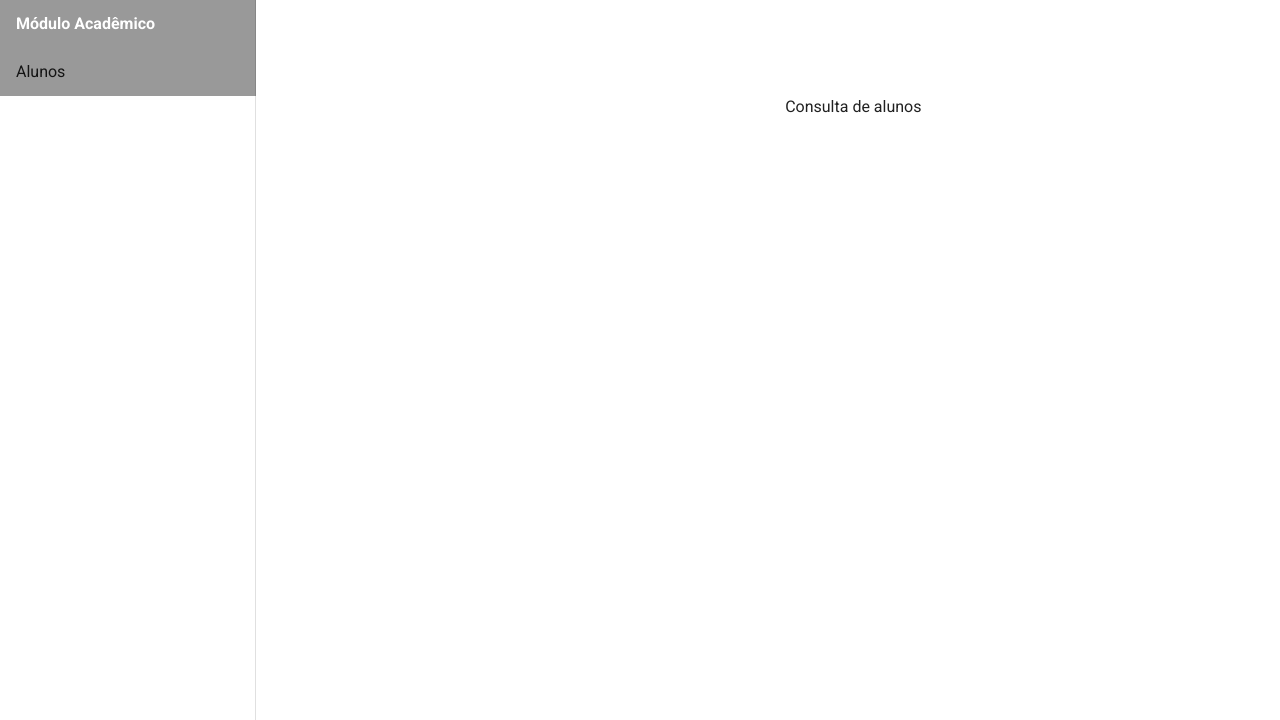
Repository: sergiohidekiono/vue-student
Page: /
These files come from the project's save history. The page is drawn as it stood at one moment and after the next save; the edit follows.
The browser window is 1280 px wide. The pictures show the whole page.
The project was rebuilt for these pictures with package versions that can differ from the ones it lists, and the page was loaded fresh each time. Also part of the build but not shown: vue.config.js.

Above is the page before, as saved 2024-08-07 09:45:52.

### src/App.vue
<template>
  <v-app>
    <v-main class="wrapper">
      <StudentList class="wrapper" />
    </v-main>
  </v-app>
</template>

<script>
import StudentList from './components/student-list';

export default {
  name: 'App',

  components: {
    StudentList,
  },

  data: () => ({
    //
  }),
};
</script>

<style>
.wrapper {
  width: 100vw;
  height: 100vh;
  margin: 0;
}
</style>

### src/components/student-list.vue
<template>
    <v-container>
        <v-row>
            <div class="d-flex align-start">
                <v-img :src="require('../assets/logo.png')" class="my-3" />
            </div>
        </v-row>
        <v-row>
            <v-col cols="2">
                <v-navigation-drawer v-model="drawer" app clipped :permanent="false">
                    <v-list>
                        <v-list-item>
                            <v-list-item-content class="header-table" style="padding: 0 !important;">
                                <v-list-item-title style="padding: 0; margin: 0;">
                                    <h4 class="ml-4">Módulo Acadêmico</h4>
                                </v-list-item-title>
                            </v-list-item-content>
                        </v-list-item>
                        <v-list-item link>
                            <v-list-item-content style="padding: 0;">
                                <v-list-item-title class="ml-4">Alunos</v-list-item-title>
                            </v-list-item-content>
                        </v-list-item>
                    </v-list>
                </v-navigation-drawer>
            </v-col>
            <v-col cols="10">
                <v-row cols="12" class="d-flex justify-center">
                    <span>Consulta de alunos</span>
                </v-row>
            </v-col>
        </v-row>
    </v-container>
</template>

<script>

export default {

};

</script>

<style scoped>
.v-list-item.theme--light .header-table {
    color: white;
    background: #999999;
    padding: 0 !important;
}

.v-list-item.theme--light {
    padding: 0 !important;
    background: #999999;
}

.v-list.v-sheet.theme--light {
    padding: 0 !important;
}

</style>

Loaded but not shown: public/index.html (common file); src/main.js (common file); src/plugins/vuetify.js (common file)

After the next save:
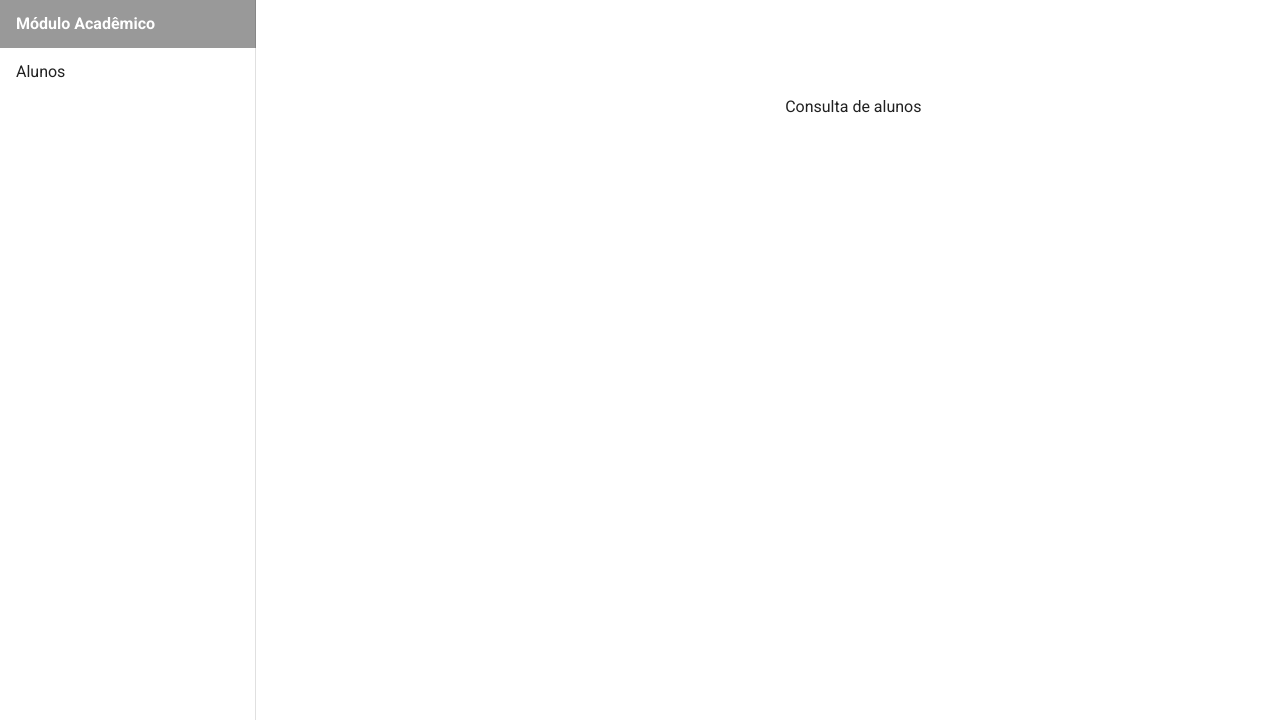
Saved 22 s later.
--- a/src/components/student-list.vue
+++ b/src/components/student-list.vue
@@ -56,5 +56,8 @@ export default {
 .v-list.v-sheet.theme--light {
     padding: 0 !important;
 }
+.v-list-item.v-list-item--link.theme--light{
 
+    background: white;
+}
 </style>
